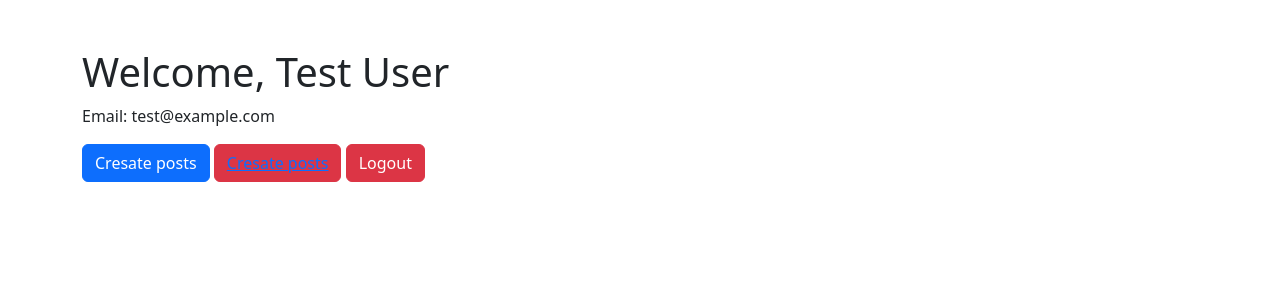
Repository: Abdulahi338/Authentication-using-laravel-11
Page: http://localhost/dashboard
The author's editor kept a copy of each file at every save. The page is drawn from the files as they stood at one save, then again after the next save.
The browser window is 1280 px wide. The pictures show the whole page.
The page is served by the project's Laravel application, run on PHP 8.4 with Laravel 12. A made-up administrator, Test User (test@example.com), is signed in. Other server files are loaded and not shown.

Above is the page before, as saved 2024-10-16 10:01:34.

### routes/web.php
<?php


use Illuminate\Support\Facades\Route;
use App\Http\Controllers\AuthController;
use Illuminate\Support\Facades\Auth;

// Guest routes (not logged in)
Route::middleware('guest')->group(function () {
    // Home route
    Route::get('/', function () {
        return view('layouts.app');
    })->name('home');

    // Registration routes
    Route::get('/register', function () {
        return view('auth.register');
    })->name('register.form');

    Route::post('/register', [AuthController::class, 'register'])->name('register');

    // Login routes
    Route::get('/login', function () {
        return view('auth.login');
    })->name('login.form');

    Route::post('/login', [AuthController::class, 'login'])->name('login');

    // Password reset request routes
    Route::get('/password/reset', [AuthController::class, 'showResetRequestForm'])->name('password.request');
    Route::post('/password/email', [AuthController::class, 'sendResetLinkEmail'])->name('password.email');

    // Password reset routes
    Route::get('/password/reset/{token}/{email}', [AuthController::class, 'showResetForm'])->name('password.reset');
    Route::post('/password/reset', [AuthController::class, 'reset'])->name('password.update');
    Route::get('/verify-email/{token}', [AuthController::class, 'verifyEmail'])->name('verification.verify');



});

// Authenticated routes (users who are logged in)
Route::middleware('auth')->group(function () {
     // Email verification route

    // Verification notice route
    Route::get('/verification-notice', function () {
        return view('auth.verification-notice');
    })->name('verification.notice');
        // Resend verification route
        Route::post('/resend-verification', [AuthController::class, 'resendVerification'])->name('verification.resend');
    // Dashboard route
    Route::get('/dashboard', [AuthController::class, 'dashboard'])->name('dashboard');

    // Logout route
    Route::post('/logout', [AuthController::class, 'logout'])->name('logout');

});


use App\Http\Controllers\PostController;

Route::middleware(['auth', 'verified'])->group(function () {
    Route::get('/posts', [PostController::class, 'index'])->name('posts.index');
    Route::get('/posts/create', [PostController::class, 'create'])->name('posts.create');
    Route::post('/posts', [PostController::class, 'store'])->name('posts.store');
    Route::get('/posts/{post}/edit', [PostController::class, 'edit'])->name('posts.edit');
    Route::put('/posts/{post}', [PostController::class, 'update'])->name('posts.update');
    Route::delete('/posts/{post}', [PostController::class, 'destroy'])->name('posts.destroy');
});

### app/Models/User.php
<?php

namespace App\Models;

// use Illuminate\Contracts\Auth\MustVerifyEmail;
use Illuminate\Database\Eloquent\Factories\HasFactory;
use Illuminate\Foundation\Auth\User as Authenticatable;
use Illuminate\Notifications\Notifiable;

class User extends Authenticatable
{
    use HasFactory, Notifiable;

    /**
     * The attributes that are mass assignable.
     *
     * @var array<int, string>
     */
    // User.php
public function posts()
{
    return $this->hasMany(Post::class);
}


    protected $fillable = [
        'name',
        'email',
        'password',
    ];

    /**
     * The attributes that should be hidden for serialization.
     *
     * @var array<int, string>
     */
    protected $hidden = [
        'password',
        'remember_token',
    ];

    /**
     * Get the attributes that should be cast.
     *
     * @return array<string, string>
     */
    protected function casts(): array
    {
        return [
            'email_verified_at' => 'datetime',
            'password' => 'hashed',
        ];
    }
}

### app/Http/Controllers/AuthController.php
<?php

namespace App\Http\Controllers;

use App\Models\User;
use App\Mail\VerificationMail;
use Illuminate\Http\Request;
use Illuminate\Support\Facades\Hash;
use Illuminate\Support\Facades\Mail;
use Illuminate\Support\Facades\DB;
use Illuminate\Support\Str;
use Illuminate\Support\Facades\Password;

class AuthController extends Controller
{
    // Registration function
    public function register(Request $request)
    {
        // Validate user input
        $validated = $request->validate([
            'name' => 'required|string|max:255',
            'email' => 'required|email|unique:users,email',
            'password' => 'required|string|min:3|confirmed', // Password should be more secure
        ]);

        // Hash password and create the user
        $user = User::create([
            'name' => $validated['name'],
            'email' => $validated['email'],
            'password' => Hash::make($validated['password']),
        ]);

        // Generate verification token
        $token = Str::random(32);
        DB::table('email_verifications')->insert([
            'user_id' => $user->id,
            'token' => $token,
            'created_at' => now(),
        ]);

        // Send verification email
        Mail::to($user->email)->send(new VerificationMail($user, $token));

        // Redirect to login with a success message
        return redirect()->route('login')->with('message', 'Registration successful! Please check your email to verify your account.');
    }

    // Login function
    public function login(Request $request)
    {
        // Validate the login request
        $credentials = $request->validate([
            'email' => 'required|email',
            'password' => 'required|string',
        ]);

        // Attempt to find the user
        $user = User::where('email', $credentials['email'])->first();

        if (!$user) {
            return redirect()->back()->withErrors(['email' => 'Invalid credentials.'])->withInput();
        }

        // Check if the email is verified
        if (!$user->email_verified_at) {
            return redirect()->back()->withErrors(['email' => 'Please verify your email first.'])->withInput();
        }

        // Check the password
        if (!Hash::check($credentials['password'], $user->password)) {
            return redirect()->back()->withErrors(['email' => 'Invalid credentials.'])->withInput();
        }

        // Log the user in
        auth()->login($user);

        return redirect()->route('dashboard'); // Redirect to the dashboard after successful login
    }

    // Email Verification function
    public function verifyEmail($token)
    {
        // Look for the token in the email_verifications table
        $verification = DB::table('email_verifications')->where('token', $token)->first();

        // If the token is not found, return an error
        if (!$verification) {
            return redirect()->route('login')->withErrors(['token' => 'Invalid verification token.']);
        }

        // Find the user by the token
        $user = User::find($verification->user_id);

        // Mark email as verified
        $user->email_verified_at = now();
        $user->save();

        // Optionally delete the token after successful verification
        DB::table('email_verifications')->where('token', $token)->delete();

        // Log the user in
        auth()->login($user);

        return redirect()->route('dashboard')->with('message', 'Email verified successfully! Welcome to your dashboard.');
    }

    // Resend Email Verification
    public function resendVerification(Request $request)
    {
        // Validate the request
        $request->validate([
            'email' => 'required|email',
        ]);

        // Find the user by email
        $user = User::where('email', $request->email)->first();

        if (!$user) {
            return redirect()->back()->withErrors(['email' => 'User not found.']);
        }

        // Check if the user already has a verified email
        if ($user->email_verified_at) {
            return redirect()->back()->withErrors(['email' => 'Email is already verified.']);
        }

        // Generate a new verification token
        $token = Str::random(32);

        // Update or create a new verification record
        DB::table('email_verifications')->updateOrInsert(
            ['user_id' => $user->id],
            ['token' => $token, 'created_at' => now()]
        );

        // Send the verification email
        Mail::to($user->email)->send(new VerificationMail($user, $token));

        return redirect()->back()->with('message', 'Verification email resent.');
    }

    // Show password reset request form
    public function showResetRequestForm()
    {
        return view('auth.passwords.email');
    }

    // Handle sending the reset link
    public function sendResetLinkEmail(Request $request)
    {
        // Validate the request
        $request->validate([
            'email' => 'required|email',
        ]);

        // Send the reset link
        $status = Password::sendResetLink($request->only('email'));

        // Return response based on the status
        return $status === Password::RESET_LINK_SENT
            ? back()->with('status', __($status))
            : back()->withErrors(['email' => __($status)]);
    }

    // Password Reset Form
    public function showResetForm($token, $email)
    {
        return view('auth.passwords.reset')->with(['token' => $token, 'email' => $email]);
    }

    // Handle password reset
    public function reset(Request $request)
    {
        // Validate the request
        $request->validate([
            'email' => 'required|email',
            'password' => 'required|string|min:6|confirmed',
            'token' => 'required',
        ]);

        // Reset the password
        $status = Password::reset(
            $request->only('email', 'password', 'password_confirmation', 'token'),
            function ($user) use ($request) {
                $user->password = Hash::make($request->password);
                $user->save();
            }
        );

        // Redirect or return based on the status
        return $status === Password::PASSWORD_RESET
            ? redirect()->route('login')->with('status', __($status))
            : back()->withErrors(['email' => __($status)]);
    }

    // Dashboard
    public function dashboard()
    {
        if (auth()->check()) {
            return view('dashboard', ['user' => auth()->user()]);
        }

        return redirect('/login')->with('message', 'Please log in first.');
    }

    // Logout
    public function logout(Request $request)
    {
        auth()->logout();
        return redirect('/login')->with('message', 'You have been logged out successfully!');
    }
}

### resources/views/dashboard.blade.php
{{-- resources/views/dashboard.blade.php --}}
<!DOCTYPE html>
<html lang="en">
<head>
    <meta charset="UTF-8">
    <meta name="viewport" content="width=device-width, initial-scale=1.0">
    <link href="https://cdn.jsdelivr.net/npm/bootstrap@5.3.0-alpha1/dist/css/bootstrap.min.css" rel="stylesheet">
    <title>User Dashboard</title>
</head>
<body>

    <div class="container mt-5">
        @if(session('message'))
        <div class="alert alert-success">{{ session('message') }}</div>
    @endif
        <h1>Welcome, {{ $user->name }}</h1>
        <p>Email: {{ $user->email }}</p>


        <form action="{{ url('/logout') }}" method="POST">
            @csrf
            <button type="submit" class="btn btn-primary"><a class="nav-link" href="{{ url('/posts.create') }}">Cresate posts</a></button>

            <button type="submit" class="btn btn-danger"><a href="posts.create">Cresate posts</a></button>
            <button type="submit" class="btn btn-danger">Logout</button>
        </form>
    </div>
</body>
</html>

Loaded but not shown: app/Http/Controllers/Controller.php (common file)

After the next save:
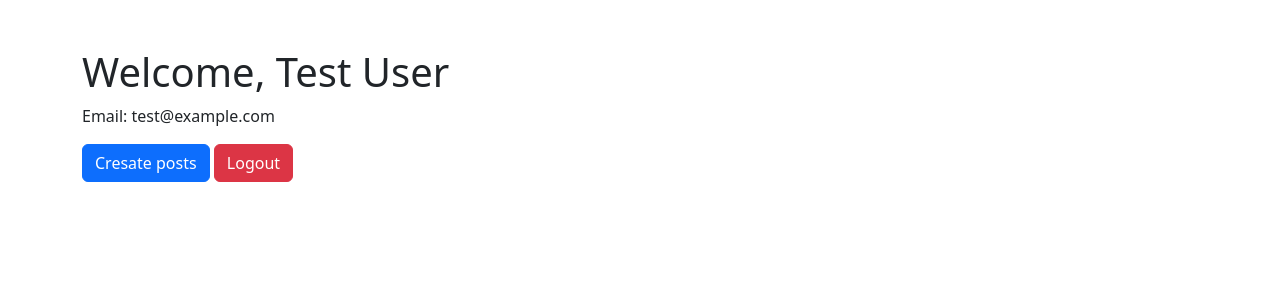
Saved 6 s later.
--- a/resources/views/dashboard.blade.php
+++ b/resources/views/dashboard.blade.php
@@ -21,7 +21,6 @@
             @csrf
             <button type="submit" class="btn btn-primary"><a class="nav-link" href="{{ url('/posts.create') }}">Cresate posts</a></button>
 
-            <button type="submit" class="btn btn-danger"><a href="posts.create">Cresate posts</a></button>
             <button type="submit" class="btn btn-danger">Logout</button>
         </form>
     </div>
